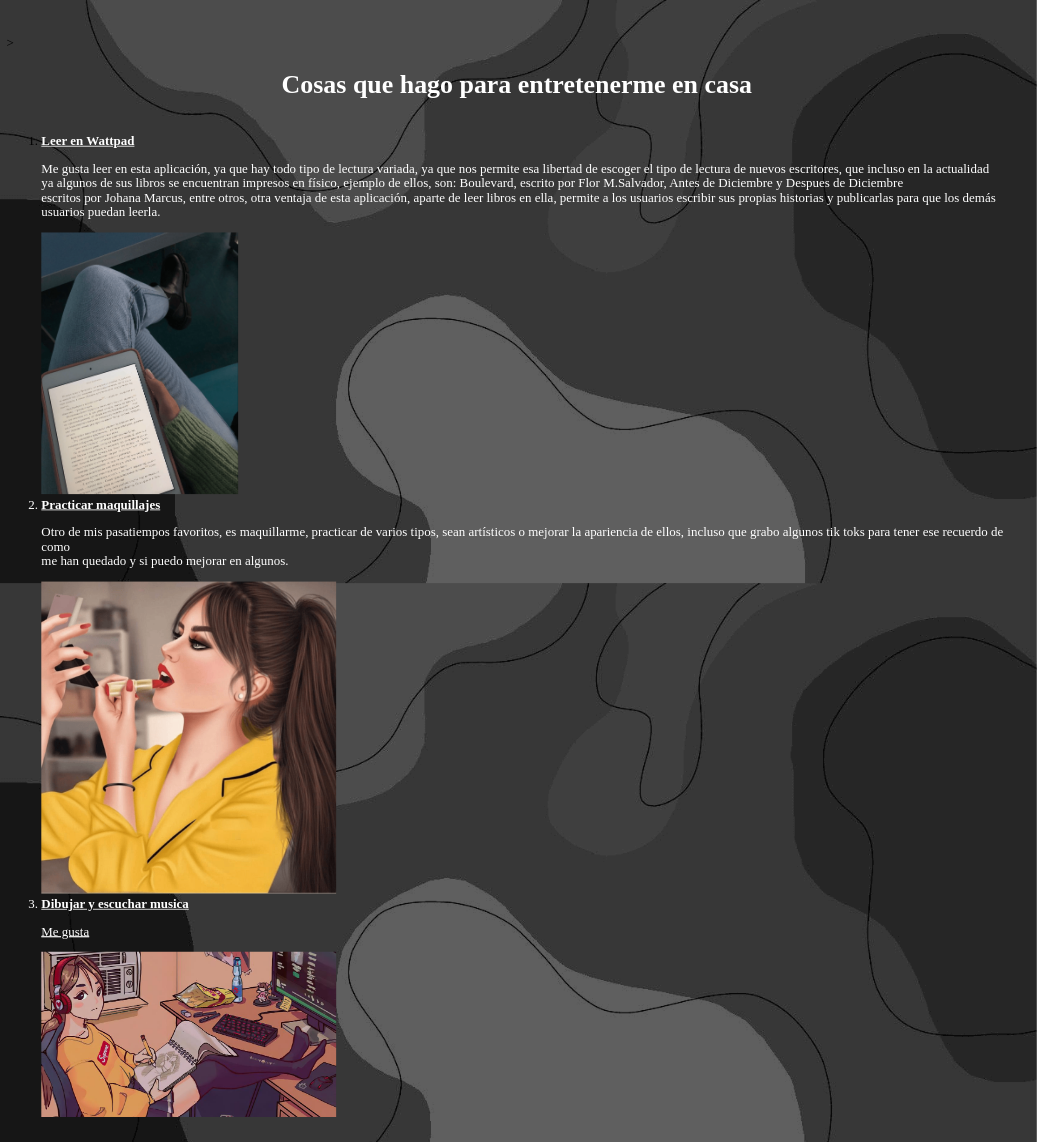
Repository: darlyn-saravia27/portafolio-darlynsaravia
Page: archivoshtml/entretenimiento.html
An editor plug-in stored every save of this project. The page is shown before and after the next save, followed by the edit.
The browser window is 1280 px wide. The pictures show the whole page, at 81% of full size.

Above is the page before, as saved 2023-03-05 04:18:21.

After the next save:
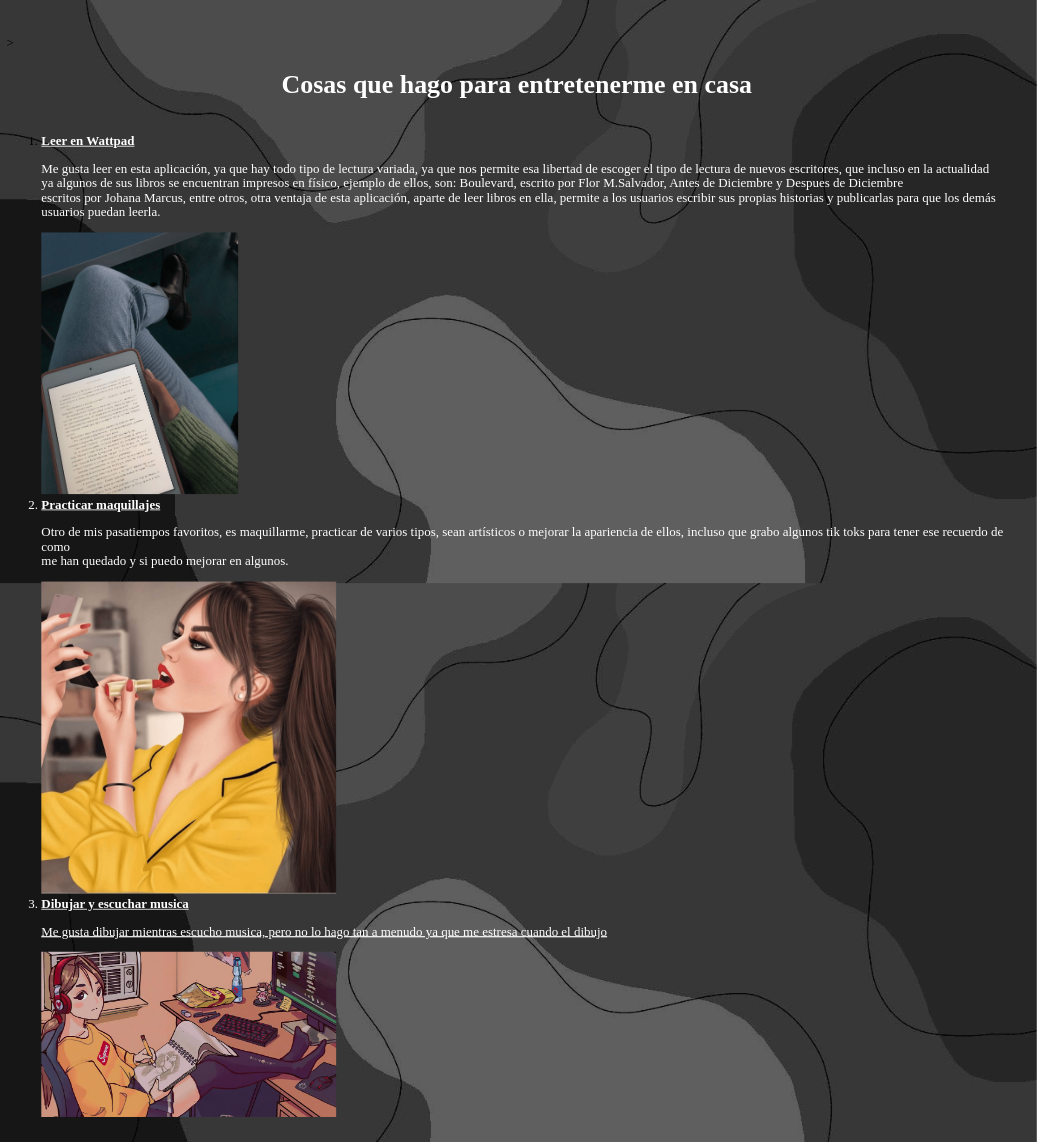
Saved 30 s later.
--- a/archivoshtml/entretenimiento.html
+++ b/archivoshtml/entretenimiento.html
@@ -30,7 +30,7 @@
                 </p>
                     <img src="art.png" width="30%" height="30%">
                 <li type="1"><strong><font color="white"><u>Dibujar y escuchar musica<u></font></strong></li>
-                    <p>Me gusta
+                    <p>Me gusta dibujar mientras escucho musica, pero no lo hago tan a menudo ya que me estresa cuando el dibujo <noframes></noframes>
                     </p>
                     <img src="dibujo.png" width="30%" height="30%">
                 </ol>
